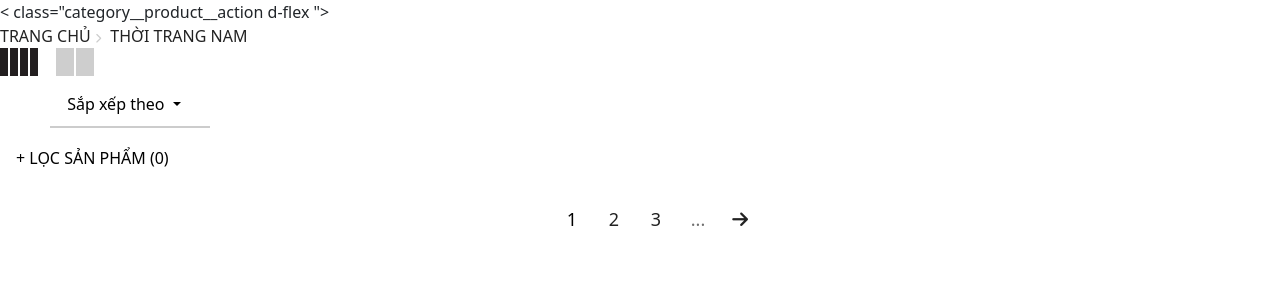
Repository: NguyenQuangQuan021099/FE_Page-Male
Page: index.html
The author's editor kept a copy of each file at every save. The page is drawn from the files as they stood at one save, then again after a run of saves.
The browser window is 1280 px wide. The pictures show the whole page.
The page's requests for data from a server got no answer. Some web libraries are served in a nearby version.

Above is the page before, as saved 2021-07-08 11:10:21.

After the next 2 saves:
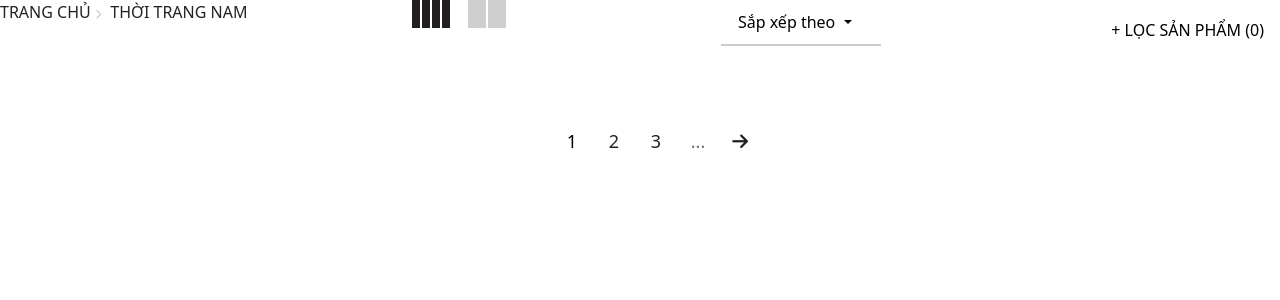
The 2 saves are shown as one change because they came seconds apart.
The last was saved 27 s later.
--- a/index.html
+++ b/index.html
@@ -13,7 +13,7 @@
 <body>
 <div class="main">
 <!-- -------------------------Begin Nav-------------------------------------------------- -->
-< class="category__product__action d-flex ">
+<div class="category__product__action d-flex ">
     <div class="breadcrumbs">
         <a href="" title="Đi đến trang chủ">TRANG CHỦ</a>
         <i style="color: #ccc; font-size: 10px; margin-right: 5px; padding-bottom: 2px;" class="fas fa-chevron-right"></i>
